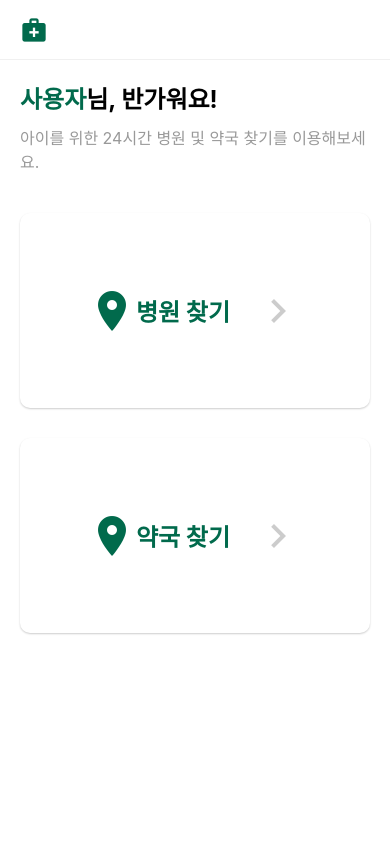
Repository: Sesac-icare/FrontEndiCare
Screen: / (app in iCare/)
The author's editor kept a copy of each file at every save. The screen is drawn from the files as they stood at one save, then again after the next save.
The app was drawn by React Native's web renderer in a window 390 px wide. The project was rebuilt for these pictures with package versions that can differ from the ones it lists, and the page was loaded fresh each time. Some packages were replaced by stand-ins written for this rebuild.

Above is the screen before, as saved 2025-02-04 16:29:38.

After the next save:
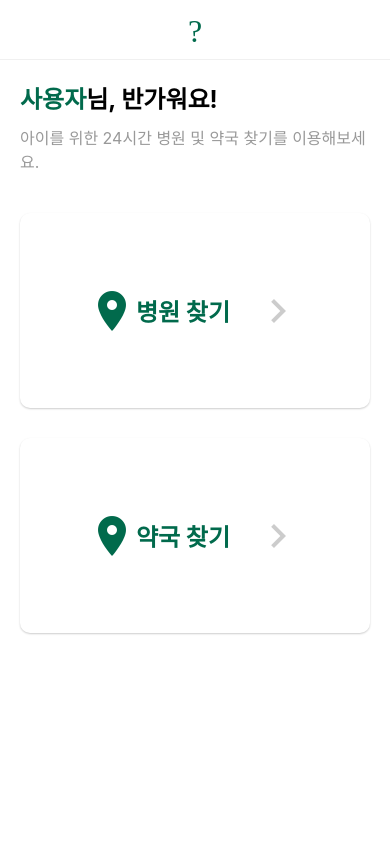
Saved 48 s later.
--- a/iCare/components/Header.js
+++ b/iCare/components/Header.js
@@ -5,7 +5,7 @@ import { MaterialIcons } from "@expo/vector-icons";
 export default function Header() {
   return (
     <View style={styles.header}>
-      <MaterialIcons name="medical-services" size={28} color="#016a4c" />
+      <MaterialIcons name="medication" size={32} color="#016a4c" />
     </View>
   );
 }
@@ -16,6 +16,7 @@ const styles = StyleSheet.create({
     paddingHorizontal: 20,
     flexDirection: "row",
     alignItems: "center",
+    justifyContent: "center",
     backgroundColor: "#fff",
     borderBottomWidth: 1,
     borderBottomColor: "#f0f0f0"
